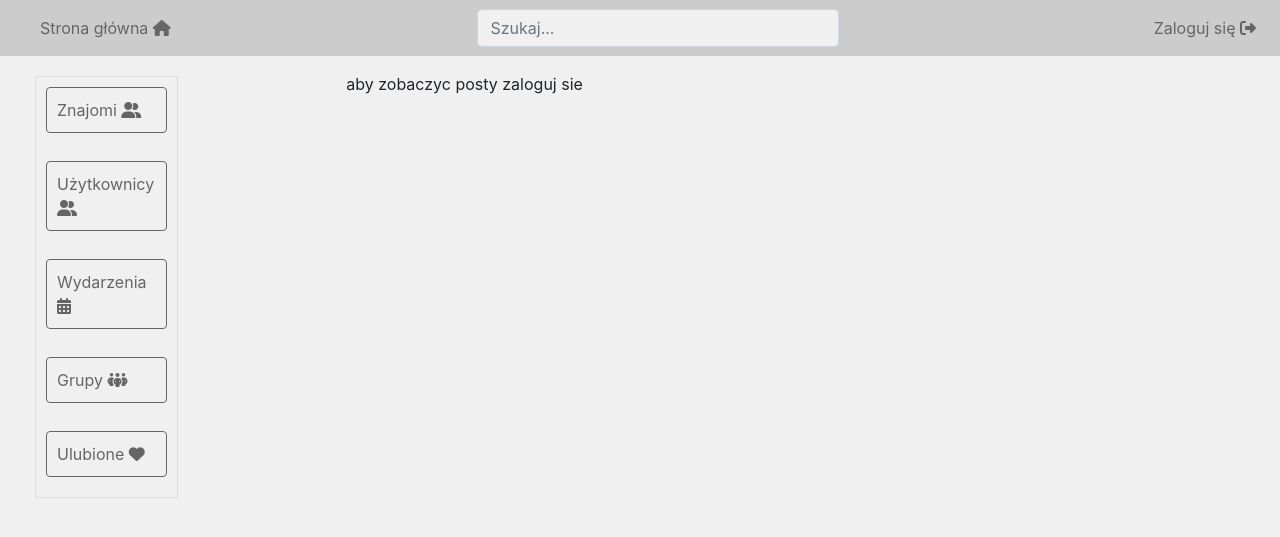
Repository: BoguszKonrady/FORUM
Page: http://localhost/app/index.php
The author's editor kept a copy of each file at every save. The page is drawn from the files as they stood at one save, then again after the next save.
The browser window is 1280 px wide. The pictures show the whole page.
Some web libraries are served in a nearby version. The page is run by PHP 8.4 with error messages shown; the project is at /var/www/html/.

Above is the page before, as saved 2024-06-05 19:07:50.

### app/index.php
<!DOCTYPE html>
<html lang="pl">
<head>
    <meta charset="UTF-8">
    <meta name="viewport" content="width=device-width, initial-scale=1.0">
    <title>Prosta Strona</title>
    <link href="https://stackpath.bootstrapcdn.com/bootstrap/4.5.2/css/bootstrap.min.css" rel="stylesheet">
    <link href="style.css" rel="stylesheet">
    <link rel="stylesheet" href="https://cdnjs.cloudflare.com/ajax/libs/font-awesome/6.5.2/css/all.min.css" integrity="sha512-SnH5WK+bZxgPHs44uWIX+LLJAJ9/2PkPKZ5QiAj6Ta86w+fsb2TkcmfRyVX3pBnMFcV7oQPJkl9QevSCWr3W6A==" crossorigin="anonymous" referrerpolicy="no-referrer" />
</head>
<body>

<?php
include './views/layout/navbar.php';
?>

<div class="container-fluid">
    <?php
        include './views/layout/leftBar.php';
    ?>
        <div class="col-md-8">
            <div id="main-content" class="container mt-3">
                aby zobaczyc posty zaloguj sie
            </div>
        </div>
    </div>
</div>

<script src="https://code.jquery.com/jquery-3.5.1.slim.min.js"></script>
<script src="https://cdn.jsdelivr.net/npm/@popperjs/core@2.5.4/dist/umd/popper.min.js"></script>
<script src="https://stackpath.bootstrapcdn.com/bootstrap/4.5.2/js/bootstrap.min.js"></script>
</body>
</html>

### app/views/layout/navbar.php
<nav class="navbar navbar-expand-lg navbar-light menu">
    <a class="navbar-brand" href="#"></a>
    <button class="navbar-toggler" type="button" data-toggle="collapse" data-target="#navbarNav" aria-controls="navbarNav" aria-expanded="false" aria-label="Toggle navigation">
        <span class="navbar-toggler-icon"></span>
    </button>
    <div class="collapse navbar-collapse" id="navbarNav">
        <ul class="navbar-nav mr-auto">
            <li class="nav-item">
                <a class="nav-link" href="#">Strona główna <i class="fa-solid fa-house"></i></a>
            </li>

        </ul>
        <form class="form-inline mx-auto search-form">
            <input class="form-control mr-sm-2 search-input" type="search" placeholder="Szukaj..." aria-label="Szukaj">
        </form>
        <ul class="navbar-nav ml-auto">
            <li class="nav-item">
                <a class="nav-link" href="/controllers/LogoutController.php">Zaloguj się <i class="fa-solid fa-right-from-bracket"></i></a>
            </li>
        </ul>
    </div>
</nav>

### app/views/layout/leftBar.php
<div class="row">
        <div class="col-md-2">
            <div class="">
            </div>
            <div class="sidebar">
                <a href="/views/friends/friendsList.php" class="btn btn-outline-primary btn-block">Znajomi <i class="fa-solid fa-user-group"></i></a>
                <a href="/views/friends/usersList.php" class="btn btn-outline-primary btn-block">Użytkownicy <i class="fa-solid fa-user-group"></i></a>
                <button class="btn btn-outline-primary btn-block">Wydarzenia <i class="fa-solid fa-calendar-days"></i></button>
                <button class="btn btn-outline-primary btn-block">Grupy <i class="fa-solid fa-people-group"></i></button>
                <button class="btn btn-outline-primary btn-block">Ulubione <i class="fa-solid fa-heart"></i></button>
            </div>
        </div>

### app/style.css
body {
    overflow-x: hidden;
    background-color: #f0f0f0;
}

#main-content {
    width: 75%;
    max-height: 100vh;
    overflow-y: scroll;
    overflow-x: hidden;
}

.menu {
    background-color: #ccc;
}

#main-content::-webkit-scrollbar {
    width: 8px;
}

#main-content::-webkit-scrollbar-thumb {
    background-color: #888;
    border-radius: 10px;
}

#main-content::-webkit-scrollbar-track {
    background-color: #f1f1f1;
}

.card-body .post-header {
    display: flex;
    justify-content: space-between;
    align-items: center;
}

.card-body {
    background-color: #e0dfdf;
}

.post-user {
    font-weight: bold;
}

.post-date {
    color: #888;
    font-size: 0.9em;
}

.post-description {
    margin-top: 10px;
}

.post-actions {
    display: flex;
    align-items: center;
}

.post-reactions {
    display: flex;
    gap: 5px;
}

.post-reactions .btn-share {
    margin-left: auto;
}

.post-reactions .btn-favorite {
    margin-right: 5px;
}

.comment-section {
    margin-top: 10px;
}

.comment-section input {
    width: 100%;
    padding: 5px;
    margin-top: 5px;
}

.search-form {
    width: 30%;
    display: flex;
    justify-content: center;
}

.search-form .form-control {
    width: 100%;
    background-color: #f0f0f0 !important;
}

.form-control {
    background-color: #eaeaea !important;
}

.sidebar {
    display: flex;
    flex-direction: column;
    gap: 10px;
    margin: 20px;
    padding: 10px;
    border: 1px solid #ddd;
    background-color: #f0f0f0;
}

.sidebar .btn {
    width: 100%;
    text-align: left;
    padding: 10px;
    font-size: 16px;
    margin-bottom: 10px;
    color: #656565;
    border-color: #656565;
    transition: background-color 0.3s ease, border-color 0.3s ease;
}

.sidebar .btn:hover {
    background-color: #e0e0e0;
}

.navbar-nav .nav-link {
    color: #656565;
}

.navbar-nav .nav-item {
    margin-right: 10px;
}

.navbar-nav .nav-item:last-child {
    margin-right: 0;
}

.btn-outline-secondary {
    border-color: #656565 !important;
    color: #656565 !important;
}

.form-group {
    display: flex;
    justify-content: space-between;
    align-items: center;
}

.form-group .btn-submit {
    margin-left: auto;
}

.form-group .btn-outline-secondary {
    margin-left: 10px;
}

After the next save:
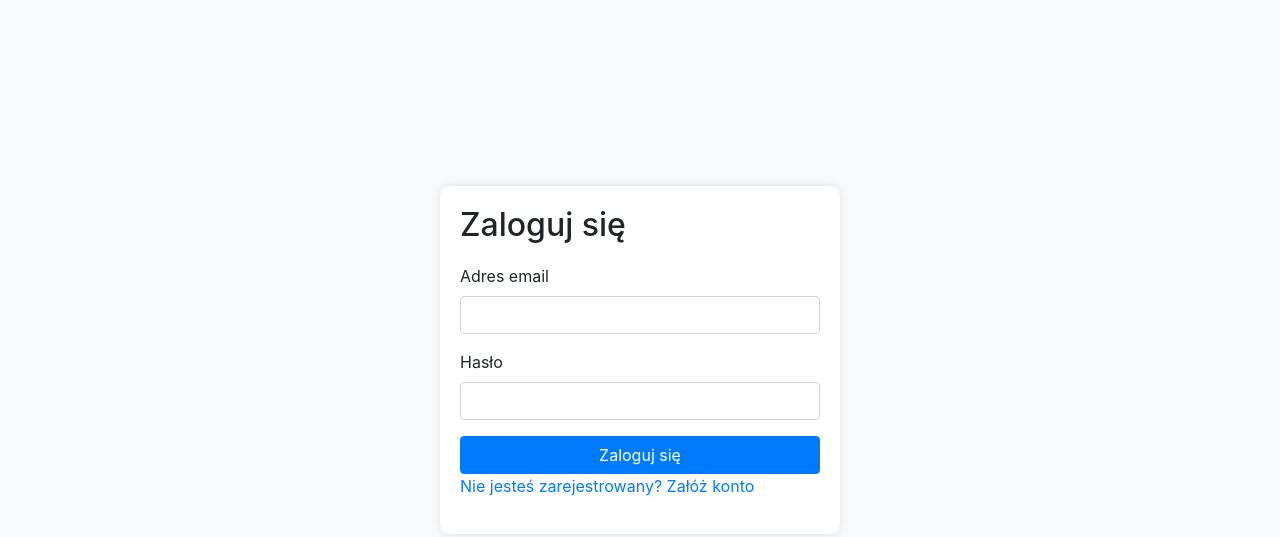
Saved 5 min 4 s later.
--- a/app/index.php
+++ b/app/index.php
@@ -3,31 +3,49 @@
 <head>
     <meta charset="UTF-8">
     <meta name="viewport" content="width=device-width, initial-scale=1.0">
-    <title>Prosta Strona</title>
+    <title>Logowanie</title>
     <link href="https://stackpath.bootstrapcdn.com/bootstrap/4.5.2/css/bootstrap.min.css" rel="stylesheet">
-    <link href="style.css" rel="stylesheet">
-    <link rel="stylesheet" href="https://cdnjs.cloudflare.com/ajax/libs/font-awesome/6.5.2/css/all.min.css" integrity="sha512-SnH5WK+bZxgPHs44uWIX+LLJAJ9/2PkPKZ5QiAj6Ta86w+fsb2TkcmfRyVX3pBnMFcV7oQPJkl9QevSCWr3W6A==" crossorigin="anonymous" referrerpolicy="no-referrer" />
+    <style>
+        body {
+            background-color: #f8f9fa;
+            display: flex;
+            justify-content: center;
+            align-items: center;
+            height: 100vh;
+            margin: 0;
+        }
+        .login-form {
+            background: #ffffff;
+            padding: 20px;
+            border-radius: 10px;
+            box-shadow: 0 0 10px rgba(0, 0, 0, 0.1);
+            max-width: 400px;
+            width: 100%;
+        }
+        .login-form h2 {
+            margin-bottom: 20px;
+        }
+    </style>
 </head>
 <body>
-
-<?php
-include './views/layout/navbar.php';
-?>
-
-<div class="container-fluid">
-    <?php
-        include './views/layout/leftBar.php';
-    ?>
-        <div class="col-md-8">
-            <div id="main-content" class="container mt-3">
-                aby zobaczyc posty zaloguj sie
-            </div>
+<div class="login-form">
+    <h2>Zaloguj się</h2>
+    <form action="/controllers/LoginController.php" method="POST">
+        <div class="form-group">
+            <label for="email">Adres email</label>
+            <input type="email" class="form-control" id="email" name="email" required>
         </div>
-    </div>
+        <div class="form-group">
+            <label for="password">Hasło</label>
+            <input type="password" class="form-control" id="password" name="password" required>
+        </div>
+        <button type="submit" class="btn btn-primary btn-block">Zaloguj się</button>
+        <a href="./register.php"><p>Nie jesteś zarejestrowany? Załóż konto</a></p>
+    </form>
 </div>
 
 <script src="https://code.jquery.com/jquery-3.5.1.slim.min.js"></script>
-<script src="https://cdn.jsdelivr.net/npm/@popperjs/core@2.5.4/dist/umd/popper.min.js"></script>
+<script src="https://cdn.jsdelivr.net/npm/@popperjs/core@2.9.2/dist/umd/popper.min.js"></script>
 <script src="https://stackpath.bootstrapcdn.com/bootstrap/4.5.2/js/bootstrap.min.js"></script>
 </body>
 </html>
